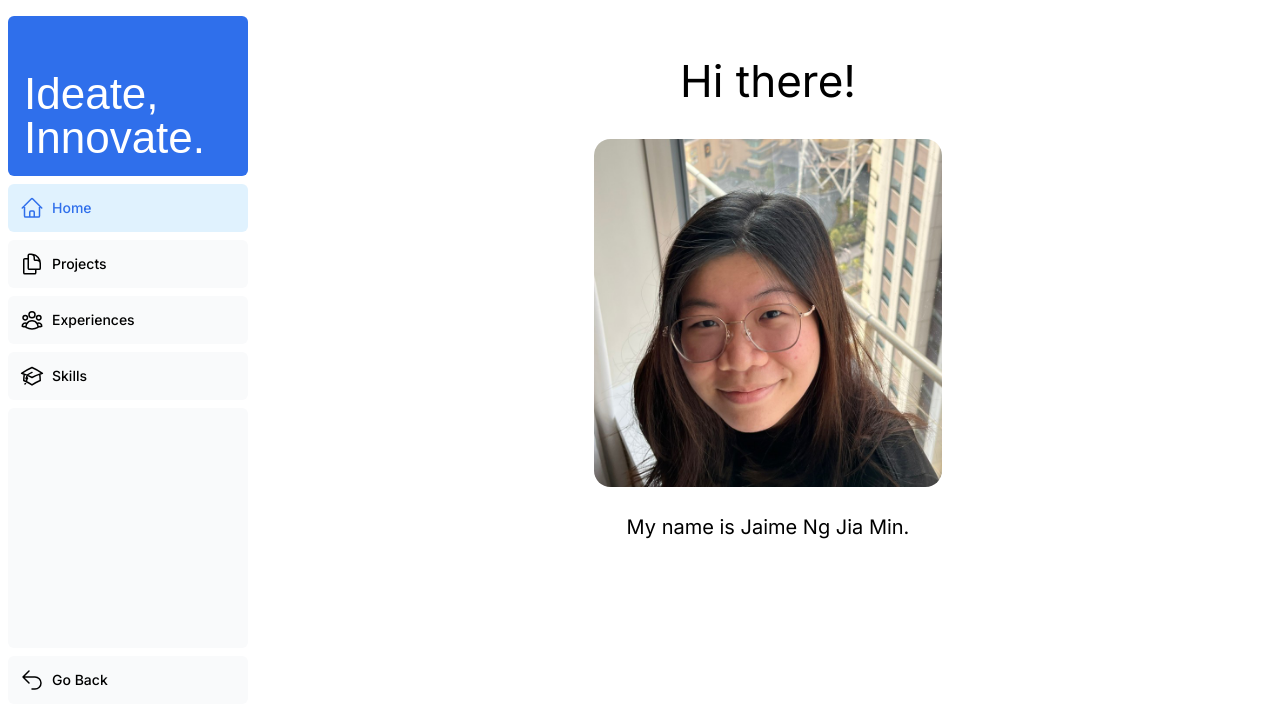
Repository: ThatGirlJam/jaime-portfolio
Page: /dashboard
The author's editor kept a copy of each file at every save. The page is drawn from the files as they stood at one save, then again after the next save.
The browser window is 1280 px wide. The pictures show the whole page.
Some web fonts or font styles are not loaded; a fallback is used. The project was rebuilt for these pictures with package versions that can differ from the ones it lists, and the page was loaded fresh each time. The framework's server and built-in components were replaced by stand-ins that run in the browser. Also part of the build but not shown: next.config.js.

Above is the page before, as saved 2024-04-10 00:22:39.

### app/dashboard/page.tsx
import Image from "next/image";

export default function Page() {
  const imageStyle = {
    borderRadius: '5%',
    border: '1px solid #fff',
  };

  const divStyle = {
    display: 'flex',
    justifyContent: 'center', // Horizontally center the image
  };

  return (
    <div>
      <p className="text-[44px] text-center"> Hi there! </p>
      <br/>

      <div style={divStyle}>
        <Image
                src="/jaime-linkedin-photo.jpeg"
                width={350}
                height={350}
                style={imageStyle}
                alt="Screenshots of jaime linkedin photo"
              />
        </div>
        <br/>

        <p className="text-[20px] text-center"> My name is Jaime Ng Jia Min. </p>
    </div>
  );
}

### app/ui/fonts.ts
import { Inter } from 'next/font/google';
import { Lusitana } from 'next/font/google';

export const inter = Inter({ subsets: ['latin'] });

export const lusitana = Lusitana({
  weight: ['400', '700'],
  subsets: ['latin'],
});

### app/ui/dashboard/sidenav.tsx
import Link from 'next/link';
import NavLinks from '@/app/ui/dashboard/nav-links';
import BannerLogo from '@/app/ui/banner-logo';
import { ArrowUturnLeftIcon } from '@heroicons/react/24/outline';

export default function SideNav() {
  return (
    <div className="flex h-full flex-col px-3 py-4 md:px-2">
      <Link
        className="h-25 mb-2 flex items-end justify-start rounded-md bg-blue-600 p-4 md:h-40"
        href="/"
      >
        <div className="w-32 text-white md:w-40">
          <BannerLogo />
        </div>
      </Link>
      <div className="flex grow flex-row justify-between space-x-2 md:flex-col md:space-x-0 md:space-y-2">
        <NavLinks />
        <div className="hidden h-auto w-full grow rounded-md bg-gray-50 md:block"></div>
        <Link href="/">
          <button className="flex h-[48px] w-full grow items-center justify-center gap-2 rounded-md bg-gray-50 p-3 text-sm font-medium hover:bg-sky-100 hover:text-blue-600 md:flex-none md:justify-start md:p-2 md:px-3">
            <ArrowUturnLeftIcon className="w-6" />
            <div className="hidden md:block">Go Back</div>
          </button>
        </Link>
      </div>
    </div>
  );
}

### app/ui/dashboard/nav-links.tsx
'use client';

import {
  UserGroupIcon,
  HomeIcon,
  DocumentDuplicateIcon,
  AcademicCapIcon,
} from '@heroicons/react/24/outline';
import Link from 'next/link';
import { usePathname } from 'next/navigation';
import clsx from 'clsx';

// Map of links to display in the side navigation.
// Depending on the size of the application, this would be stored in a database.
const links = [
  { name: 'Home', href: '/dashboard', icon: HomeIcon },
  {
    name: 'Projects',
    href: '/dashboard/projects',
    icon: DocumentDuplicateIcon,
  },
  { name: 'Experiences', href: '/dashboard/experiences', icon: UserGroupIcon },
  { name: 'Skills', href: '/dashboard/skills', icon: AcademicCapIcon },
];

export default function NavLinks() {
  const pathname = usePathname();

  return (
    <>
      {links.map((link) => {
        const LinkIcon = link.icon;
        return (
          <Link
            key={link.name}
            href={link.href}
            //When the link.href aka link of the nav option matches the curr path name, turn blue to show user is on that page
            className={clsx(
              'flex h-[48px] grow items-center justify-center gap-2 rounded-md bg-gray-50 p-3 text-sm font-medium hover:bg-sky-100 hover:text-blue-600 md:flex-none md:justify-start md:p-2 md:px-3',
              {
                'bg-sky-100 text-blue-600': pathname === link.href,
              },
            )}
          >
            <LinkIcon className="w-6" />
            <p className="hidden md:block">{link.name}</p>
          </Link>
        );
      })}
    </>
  );
}

### app/ui/banner-logo.tsx
import { lusitana } from '@/app/ui/fonts';

export default function BannerLogo() {
  return (
    <div
      className={`${lusitana.className} flex flex-row items-center leading-none text-white`}
    >
      <p className="text-[44px]">Ideate, Innovate.</p>
    </div>
  );
}

Loaded but not shown: app/layout.tsx (common file); app/dashboard/layout.tsx (common file); app/ui/global.css (common file); tailwind.config.ts (common file)

After the next save:
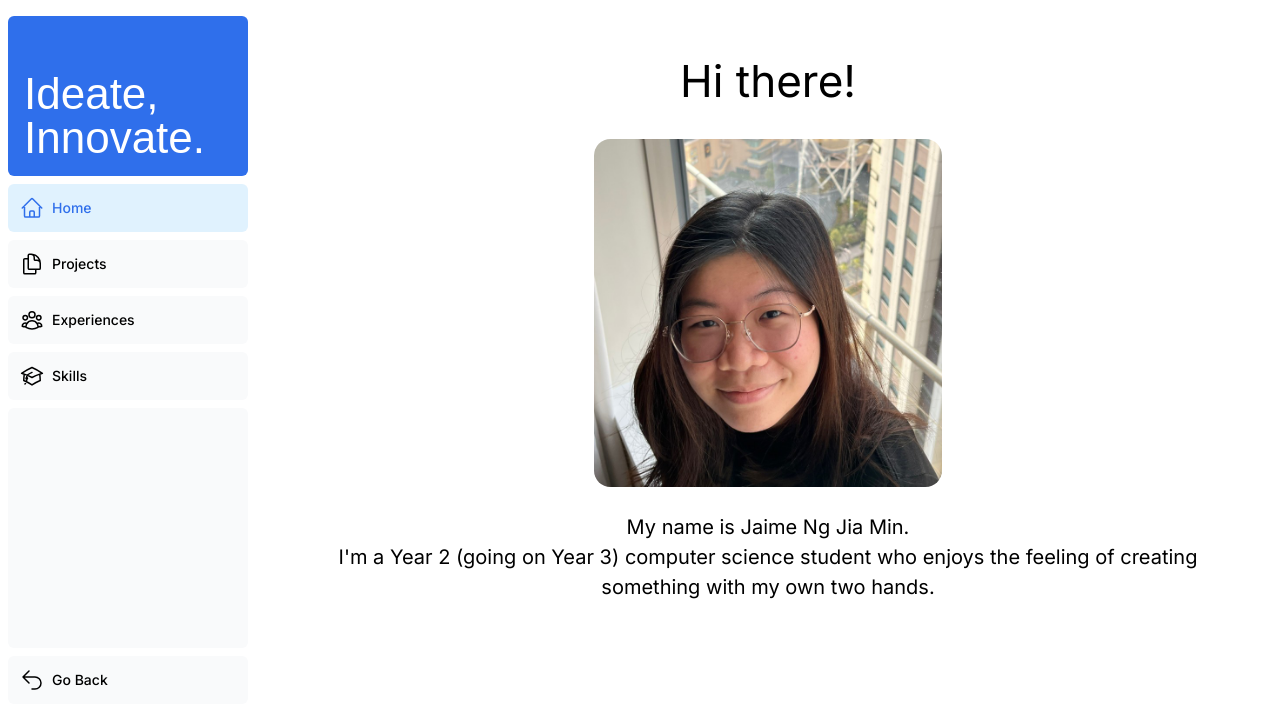
Saved 44 s later.
--- a/app/dashboard/page.tsx
+++ b/app/dashboard/page.tsx
@@ -28,6 +28,9 @@ export default function Page() {
         <br/>
 
         <p className="text-[20px] text-center"> My name is Jaime Ng Jia Min. </p>
+        <p className="text-[20px] text-center">
+          I'm a Year 2 (going on Year 3) computer science student who enjoys the feeling of creating something with my own two hands.
+        </p>
     </div>
   );
 }
